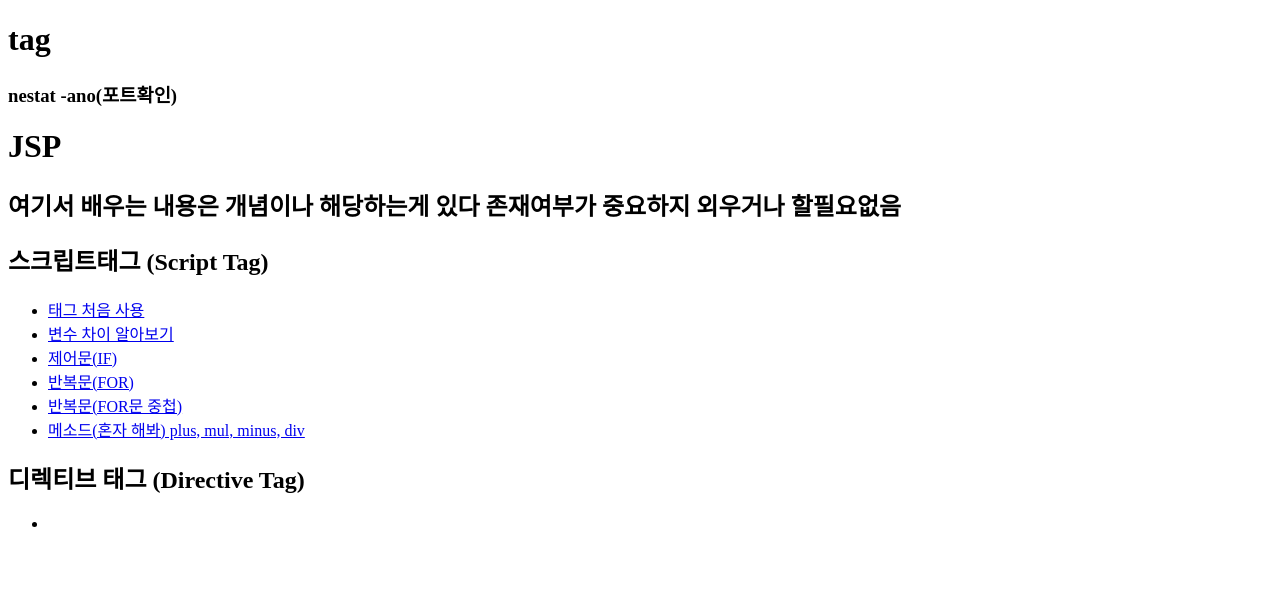
Repository: SanctusAlbino/Jsp_Servlet
Page: http://localhost/03.Tag/
These files come from the project's save history. The page is drawn as it stood at one moment and after the next save; the edit follows.
The browser window is 1280 px wide. The pictures show the whole page.
The page is served by Tomcat 9.

Above is the page before, as saved 2023-05-19 02:47:54.

After the next save:
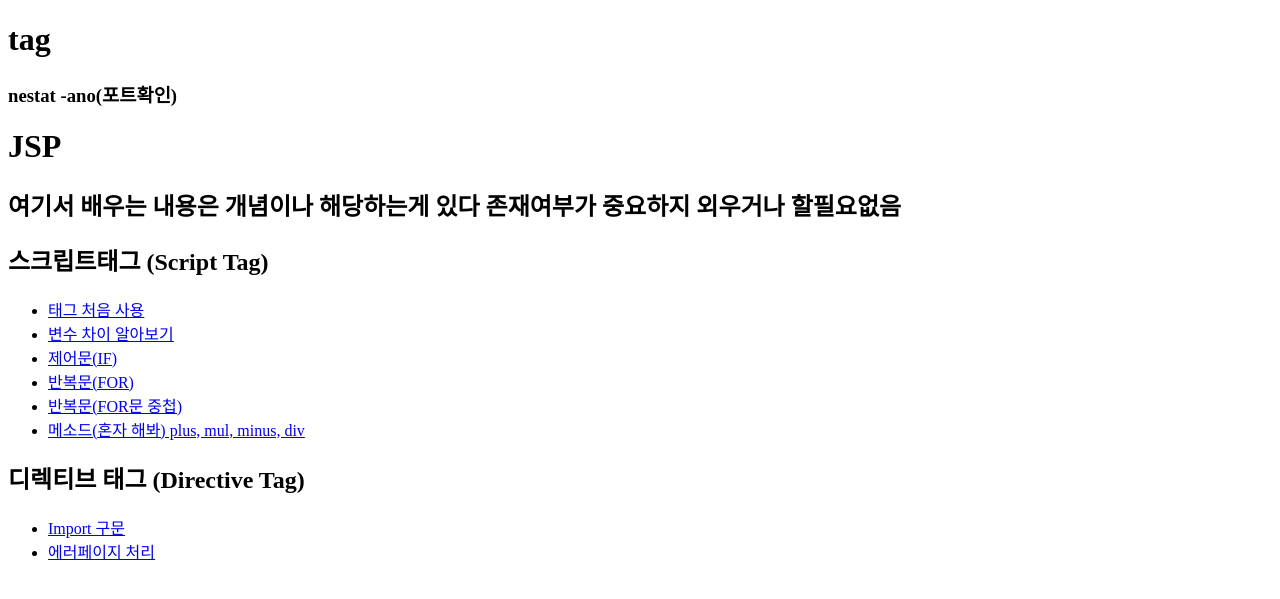
Saved 4 s later.
--- a/03.Tag/src/main/webapp/index.html
+++ b/03.Tag/src/main/webapp/index.html
@@ -24,7 +24,8 @@
 
 	<h2>디렉티브 태그 (Directive Tag)</h2>
 		<ul>
-			<li><a href="02.Directive/Ex01_Directive.jsp"></a></li>
+			<li><a href="02.Directive/Ex01_Directive.jsp">Import 구문</a></li>
+			<li><a href="02.Directive/Ex02_ErrorMain.jsp">에러페이지 처리</a></li>
 		</ul>
 
 
